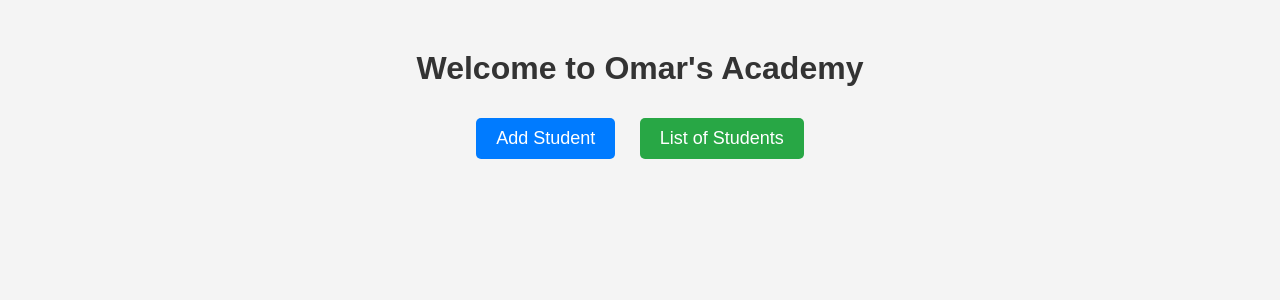
Repository: OmarFaruq97/JspServlet
Page: http://localhost/Form/
These files come from the project's save history. The page is drawn as it stood at one moment and after the next save; the edit follows.
The browser window is 1280 px wide. The pictures show the whole page.
The page is served by Tomcat 9.

Above is the page before, as saved 2025-02-07 09:55:23.

After the next save:
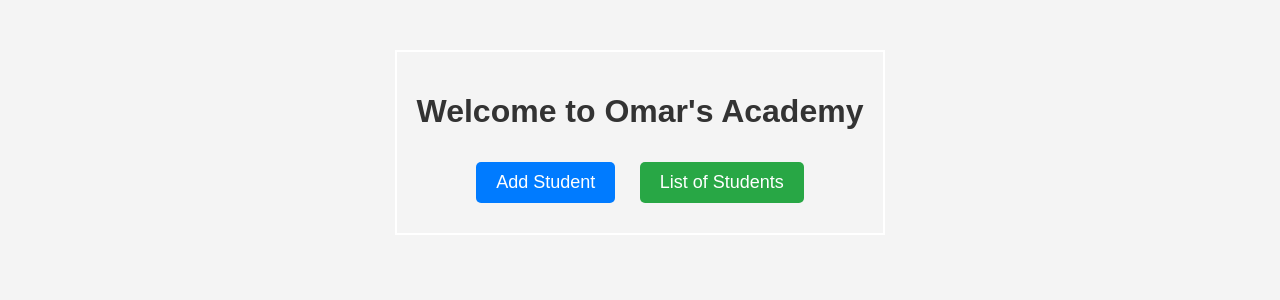
Saved 4 min 58 s later.
--- a/Form/src/main/webapp/index.jsp
+++ b/Form/src/main/webapp/index.jsp
@@ -15,6 +15,9 @@
 
 .container {
     margin-top: 50px;
+    border: 2px solid white;
+    padding: 20px;
+    display: inline-block;
 }
 
 h1 {
